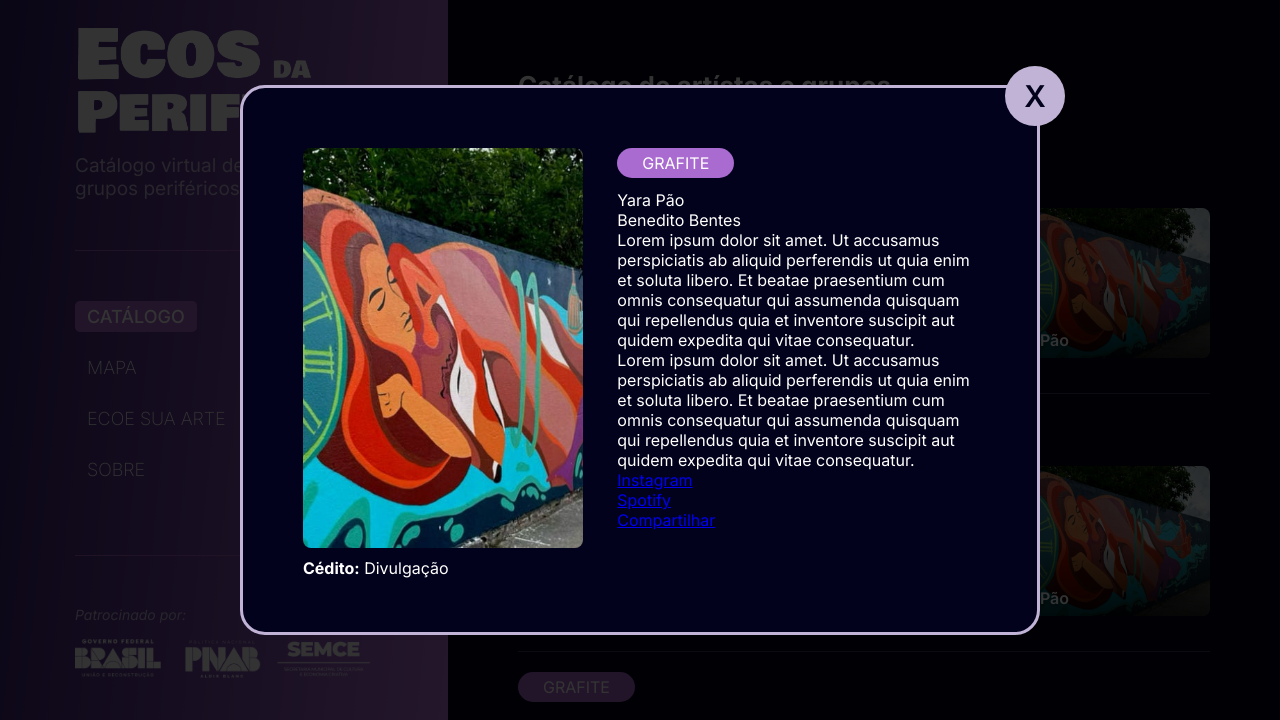
Repository: lucasthaynan/ecos-da-periferia
Page: index.html
These files come from the project's save history. The page is drawn as it stood at one moment and after the next save; the edit follows.
The browser window is 1280 px wide. The pictures show the whole page.
An inner scrolling area shows only its first screen.

Above is the page before, as saved 2025-11-11 23:01:56.

### index.html
<!DOCTYPE html>
<html lang="pt-BR">

<head>
    <meta charset="UTF-8">
    <meta name="viewport" content="width=device-width, initial-scale=1.0">
    <link rel="stylesheet" href="style.css?v=1.0">
    <title>Ecos da Periferia</title>
</head>

<body>

    <header class="left">
        <div class="container">
            <img class="logo-ecos" src="./imagens/logo-ecos-da-periferia.png" alt="" srcset="">
            <h2>Catálogo virtual de artistas e grupos periféricos de Maceió</h2>
            <div class="line"></div>
            <div class="menu">
                <div class="btn catalogo active">Catálogo</div>
                <div class="btn mapa">Mapa</div>
                <div class="btn inscricao">Ecoe sua arte</div>
                <div class="btn sobre">Sobre</div>
            </div>
            <div class="line"></div>
            <div class="logos">
                <p>Patrocinado por:</p>
                <div class="list-logos">
                    <img src="./imagens/logos.png" alt="" srcset="">
                </div>
            </div>
        </div>
    </header>

    <section class="catalogo">
        <h3>Catálogo de artístas e grupos</h3>
        <div class="container-grupos hiphop">
            <div class="chapeu">Hip hop</div>
            <div class="lista">
                <div class="artista-1">
                    <img src="./imagens/yara-pao.jpg" alt="" srcset="">
                    <p class="nome">Yara Pão</p>
                </div>
                <div class="artista-2">
                    <img src="./imagens/yara-pao.jpg" alt="" srcset="">
                    <p class="nome">Yara Pão</p>
                </div>
                <div class="artista-3">
                    <img src="./imagens/yara-pao.jpg" alt="" srcset="">
                    <p class="nome">Yara Pão</p>
                </div>

            </div>
        </div>


        <div class="container-grupos grafite">
            <div class="chapeu">Grafite</div>
            <div class="lista">
                <div class="artista-4">
                    <img src="./imagens/yara-pao.jpg" alt="" srcset="">
                    <p class="nome">Yara Pão</p>
                </div>
                <div class="artista-5">
                    <img src="./imagens/yara-pao.jpg" alt="" srcset="">
                    <p class="nome">Yara Pão</p>
                </div>
                <div class="artista-6">
                    <img src="./imagens/yara-pao.jpg" alt="" srcset="">
                    <p class="nome">Yara Pão</p>
                </div>

            </div>
        </div>

        <div class="container-grupos grafite">
            <div class="chapeu">Grafite</div>
            <div class="lista">
                <div class="artista-4">
                    <img src="./imagens/yara-pao.jpg" alt="" srcset="">
                    <p class="nome">Yara Pão</p>
                </div>
                <div class="artista-5">
                    <img src="./imagens/yara-pao.jpg" alt="" srcset="">
                    <p class="nome">Yara Pão</p>
                </div>
                <div class="artista-6">
                    <img src="./imagens/yara-pao.jpg" alt="" srcset="">
                    <p class="nome">Yara Pão</p>
                </div>

            </div>
        </div>

        <div class="container-grupos grafite">
            <div class="chapeu">Grafite</div>
            <div class="lista">
                <div class="artista-4">
                    <img src="./imagens/yara-pao.jpg" alt="" srcset="">
                    <p class="nome">Yara Pão</p>
                </div>
                <div class="artista-5">
                    <img src="./imagens/yara-pao.jpg" alt="" srcset="">
                    <p class="nome">Yara Pão</p>
                </div>
                <div class="artista-6">
                    <img src="./imagens/yara-pao.jpg" alt="" srcset="">
                    <p class="nome">Yara Pão</p>
                </div>

            </div>
        </div>



    </section>

    <section class="sobre">
        <h3>Sobre</h3>
        <div class="texto-sobre">
            <p>Lorem ipsum dolor sit amet. Ut accusamus perspiciatis ab aliquid perferendis ut quia enim et soluta libero. Et beatae praesentium cum omnis consequatur qui assumenda quisquam qui repellendus quia et inventore suscipit aut quidem expedita qui vitae consequatur.</p>
            <p>Lorem ipsum dolor sit amet. Ut accusamus perspiciatis ab aliquid perferendis ut quia enim et soluta libero. Et beatae praesentium cum omnis consequatur qui assumenda quisquam qui repellendus quia et inventore suscipit aut quidem expedita qui vitae consequatur.</p>
            <p>Lorem ipsum dolor sit amet. Ut accusamus perspiciatis ab aliquid perferendis ut quia enim et soluta libero. Et beatae praesentium cum omnis consequatur qui assumenda quisquam qui repellendus quia et inventore suscipit aut quidem expedita qui vitae consequatur.</p>
        </div>

    </section>

    <section class="inscricao">
        <h3>Ecoe sua arte</h3>
        <div class="texto-sobre">
            <p>Faça sua inscrição</p>
        </div>

    </section>

    <section class="mapa">
        <h3>Mapeamentos dos grupos e artistas</h3>
        <div class="texto-sobre">
            <p>Mapa</p>
        </div>

    </section>

    <div class="popup">
        <div class="container">
            <div class="btn-close">X</div>
            <div class="imagem">
                <div class="container-foto">
                    <img src="./imagens/yara-pao.jpg" alt="">
                </div>
                <p class="credito"><strong>Cédito:</strong> Divulgação</p>
            </div>
            <div class="infos">
                <div class="chapeu">Grafite</div>
                <p class="nome">Yara Pão</p>
                <p class="bairro">Benedito Bentes</p>
                <div class="biografia">
                    <p>Lorem ipsum dolor sit amet. Ut accusamus perspiciatis ab aliquid perferendis ut quia enim et soluta libero. Et beatae praesentium cum omnis consequatur qui assumenda quisquam qui repellendus quia et inventore suscipit aut quidem expedita qui vitae consequatur.</p>
                    <p>Lorem ipsum dolor sit amet. Ut accusamus perspiciatis ab aliquid perferendis ut quia enim et soluta libero. Et beatae praesentium cum omnis consequatur qui assumenda quisquam qui repellendus quia et inventore suscipit aut quidem expedita qui vitae consequatur.</p>
                </div>
                <div class="redes-sociais">
                    <a href="http://"><p class="instagram">Instagram</p></a>
                    <a href="http://"><p class="spotify">Spotify</p></a>
                    <a href="http://"><p class="compartilhar">Compartilhar</p></a>
                </div>

            </div>
        </div>
    </div>

    <script src="main.js?v=1.0"></script>

</body>

</html>

### style.css
@import url('https://fonts.googleapis.com/css2?family=Inter:ital,opsz,wght@0,14..32,100..900;1,14..32,100..900&family=Lato:ital,wght@0,100;0,300;0,400;0,700;0,900;1,100;1,300;1,400;1,700;1,900&family=Poppins:ital,wght@0,100;0,200;0,300;0,400;0,500;0,600;0,700;0,800;0,900;1,100;1,200;1,300;1,400;1,500;1,600;1,700;1,800;1,900&family=Raleway:ital,wght@0,100..900;1,100..900&display=swap');

:root {
    --bg-page: #02021C;
    --bg-menu: linear-gradient(40deg, #311E6D, #C17AE4);
    --font-color: #C1B3D6;
}

* {
    margin: 0;
    padding: 0;
    box-sizing: border-box;
}

body {
    background-color: var(--bg-page);
    font-family: "Inter", sans-serif;
    font-weight: 400;
    font-style: normal;
    color: #ffffff;
    display: flex;
    width: 100vw;
    height: 100vh;
    justify-content: space-between;
    align-items: center
}

img {
    width: 40px;
    height: auto;
}



header {
    width: 35vw;
    max-width: 500px;
    height: 100vh;
    /* border: #C17AE4 solid 1px; */
    background: linear-gradient(96deg, #311E6D 00%, #C17AE4 110%);
    display: flex;
    flex-direction: column;
    justify-content: center;
    padding: 75px;
}

section {
    width: 65vw;
    height: 100vh;
    padding: 70px;
    display: flex;
    flex-direction: column;
    gap: 30px;
    overflow: auto;
}

section.catalogo {
    display: flex;
}

section.sobre {
    display: none;
}

section.mapa {
    display: none;
}

section.inscricao {
    display: none;
}

section.sobre h3,
section.inscricao h3 {
    margin-top: 50px;
    font-size: 35px;
}

section.sobre .texto-sobre {
    max-width: 600px;
    display: flex;
    flex-direction: column;
    gap: 20px;
}

section.sobre .texto-sobre p {
    font-size: 20px;
    line-height: 32px;
    font-weight: 300;
    color: var(--font-color);

}

img.logo-ecos {
    width: 100%;
    max-width: 300px;
}

h2 {
    font-size: 19px;
    font-weight: 400;
    color: var(--font-color);
}

div.line {
    border-top: 1px solid #9f62bd;
    margin: 50px 0;
}

div.menu {
    display: flex;
    flex-direction: column;
    gap: 20px;
    margin-bottom: 70px;
}

div.menu div.btn {
    text-transform: uppercase;
    cursor: pointer;
    width: fit-content;
    padding: 5px 12px;
    border-radius: 5px;
    font-weight: 200;
    font-size: 18px;
    transition: all 0.2s;
}


div.menu div.btn.active {
    background-color: #A96BD0;
    font-weight: 500;
}

div.menu div.btn:hover {
    background-color: #A96BD0;
}

.logos p {
    font-style: italic;
    color: var(--font-color);
    font-size: 14px;
}

.logos img {
    width: 100%;
    max-width: 380px;
}

h3 {
    font-size: 26px;
}

div.container-grupos {
    display: flex;
    flex-direction: column;
    gap: 10px;
    padding-top: 20px;
    margin-top: 5px;
}

div.container-grupos.grafite {
    border-top: 1px solid #40365f;
}


div.container-grupos .lista {
    display: flex;
    flex-direction: row;
    gap: 18px;
}

div.chapeu {
    padding: 5px 25px;
    background-color: #A96BD0;
    width: fit-content;
    text-transform: uppercase;
    border-radius: 15px;
    margin-bottom: 12px;
}

div.lista {
  display: flex;
  gap: 15px;
}

div.lista > div {
  position: relative;
  width: 220px;
  height: 150px;
  overflow: hidden;
  border-radius: 8px;
  cursor: pointer;
}

div.lista > div img {
  width: 100%;
  height: 100%;
  object-fit: cover;
  transition: transform 0.4s ease;
}

/* Zoom leve no hover */
div.lista > div:hover img {
  transform: scale(1.08);
}

/* Degradê preto suave na parte inferior */
div.lista > div::after {
  content: "";
  position: absolute;
  bottom: 0;
  left: 0;
  width: 100%;
  height: 50%;
  background: linear-gradient(to top, rgba(0,0,0,0.7), rgba(0,0,0,0));
  pointer-events: none;
}

/* Nome sobreposto à imagem */
div.lista > div .nome {
  position: absolute;
  bottom: 8px;
  left: 10px;
  right: 10px;
  color: #fff;
  font-weight: 600;
  font-size: 16px;
  z-index: 2;
  text-shadow: 0 2px 4px rgba(0,0,0,0.5);
  margin: 0;
}


div.popup {
    position: absolute;
    width: 100vw;
    height: 100vh;
    background-color: #000000cc;
    display: flex;
    flex-direction: column;
    justify-content: center;
    align-items: center;;
    z-index: 100;
}

div.popup .container {
    width: 800px;
    height: 550px;
    background-color: var(--bg-page);
    padding: 60px 60px 60px 20px;
    border-radius: 25px;
    border: 3.5px solid #C1B3D6;
    display: flex;
    justify-content: flex-start;
    align-items: flex-start;
    flex-direction: row;
}

div.popup .container .btn-close {
    position: relative;
    width: 20px;
    height: 20px;
    background-color: #C1B3D6;
    display: flex;
    align-items: center;
    justify-content: center;
    font-size: 30px;
    padding: 30px;
    font-weight: 600;
    color: var(--bg-page);
    border-radius: 50px;
    cursor: pointer;
    right: -742px;
    top: -82.1px;
}

div.popup .container .imagem {
    width: 45%;
    left: -20px;
    position: relative;
}

div.popup .container .infos {
    width: 55%;
}




div.popup .container .imagem .container-foto {
    position: relative;
    width: 280px;
    height: 400px;
    overflow: hidden;
    border-radius: 8px;
    margin-bottom: 10px;

    /* cursor: pointer; */
}

div.popup .container .imagem .container-foto img {
    width: 100%;
    height: 100%;
    object-fit: cover;
    transition: transform 0.4s ease;
}

### main.js
document.querySelectorAll("div.menu .btn").forEach((btn) => {
  btn.addEventListener("click", (e) => {
    // Remove 'active' de todos os botões
    document
      .querySelectorAll("div.menu .btn")
      .forEach((b) => b.classList.remove("active"));

    // Esconde todas as seções
    document
      .querySelectorAll("section")
      .forEach((s) => (s.style.display = "none"));

    // Botão clicado
    const el = e.currentTarget;
    el.classList.add("active");

    // Mostra apenas a seção correspondente à classe do botão
    if (el.classList.contains("catalogo")) {
      document.querySelector("section.catalogo").style.display = "flex";
    }
    if (el.classList.contains("sobre")) {
      document.querySelector("section.sobre").style.display = "flex";
    }
    if (el.classList.contains("inscricao")) {
      document.querySelector("section.inscricao").style.display = "flex";
    }
    if (el.classList.contains("mapa")) {
      document.querySelector("section.mapa").style.display = "flex";
    }
  });
});

After the next save:
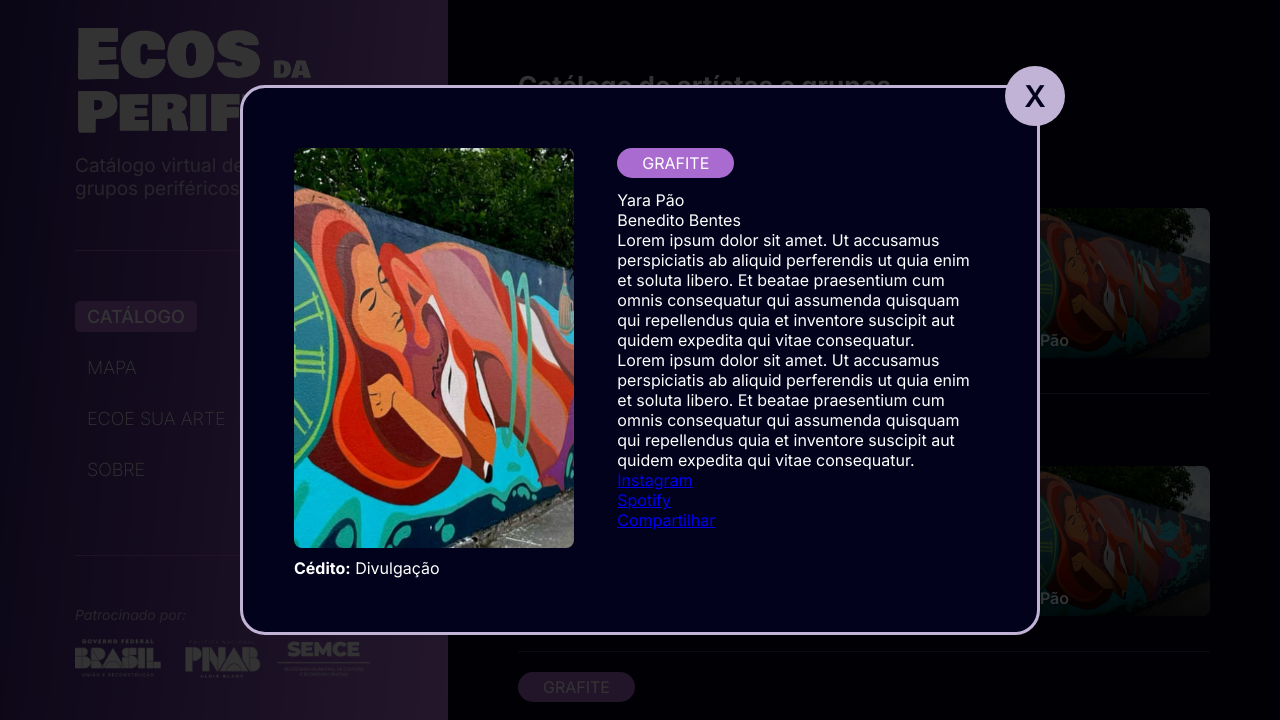
Saved 57 s later.
--- a/style.css
+++ b/style.css
@@ -276,7 +276,7 @@
 
 div.popup .container .imagem {
     width: 45%;
-    left: -20px;
+    left: -29px;
     position: relative;
 }
 
